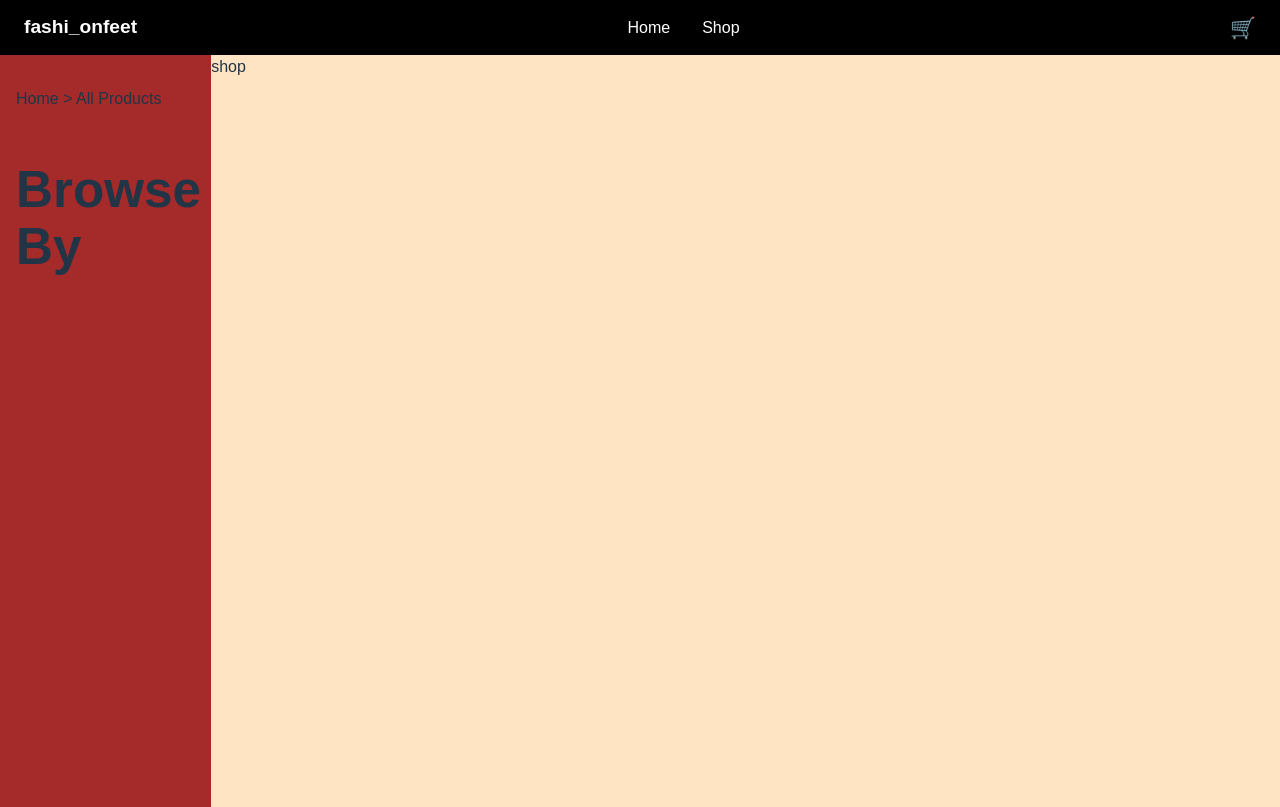
Repository: EphrahimLaanyu123/fashi_onfeet
Page: /shop
The author's editor kept a copy of each file at every save. The page is drawn from the files as they stood at one save, then again after a run of saves.
The browser window is 1280 px wide. The pictures show the whole page.
The project was rebuilt for these pictures with package versions that can differ from the ones it lists, and the page was loaded fresh each time. Also part of the build but not shown: vite.config.js, src/Home/Home.jsx, src/Home/components/Products.css, src/Home/components/Products.jsx, src/Shop/components/supabaseClient.js, src/Shop/components/AddForm.css, src/Shop/components/AddProductForm.jsx.

Above is the page before, as saved 2025-04-18 20:45:35.

### src/App.jsx
// src/App.js
import React from 'react';
import { BrowserRouter as Router, Routes, Route } from 'react-router-dom';
import './App.css';

import Home from './Home/Home';
import Products from './Home/components/Products';
import Shop from './Shop/Shop';
import AddForm from './Shop/components/AddProductForm';

function App() {
  return (
    <Router>
      <div className="App">
        <Routes>
          <Route path="/" element={<Home />} />
          <Route path="/shop" element={<Shop />} />
          <Route path="/add" element={<AddForm />} />
          {/* 404 fallback */}
        </Routes>
      </div>
    </Router>
  );
}

export default App;

### src/App.css
/* index.css or main.css */
body, html {
    margin: 0;
    padding: 0;
  }

### src/Shop/Shop.jsx
import React from 'react'
import "./Shop.css"
import Navbar from '../Navbar'

const Shop = () => {
  return (
    <div className='shop_page'>
      <Navbar></Navbar>
      <div className="shop-container">
        <aside className='sidebar'>
          <p>Home > All Products</p>
          <section className="Browse_by">
            <h1 className="Browse_by_h1">Browse By</h1>

          </section>
        </aside>
        <section className='products-page'>
          shop
        </section>
        </div>
    </div>
  )
}

export default Shop

### src/Home/Home.css

  body, html {
    font-family: sans-serif;
    overflow-x: hidden;
    margin: 0;
    padding: 0;
  }
.main {
    background-color: black;
    width: 100vw;
    display: flex;
    flex-direction: column;
    padding: 6rem;
    justify-content: center;
    overflow-x: hidden;
  }

  .parallax-container {
    display: flex;
    height: 100vh;
    position: relative;
  }

  .parallax-half {
    flex: 1;
    overflow: hidden;
    position: relative;
  }

  /* Left side zoom image container */
  .zoom-wrapper {
    height: 100%;
    width: 100%;
    background-image: url('https://static.wixstatic.com/media/bc439c_81f0e108fef742289cca2a608af8d3c1~mv2.jpg');
    background-attachment: fixed;
    background-position: center;
    background-repeat: no-repeat;
    background-size: cover;
    transform: scale(1.2);
    transition: transform 0.3s ease-out;
    will-change: transform;
  }

  /* Right side static image, shows full image */
  .parallax2 {
    background-image: url('https://static.wixstatic.com/media/bc439c_01f9dcb9288c449084b2625be71b7a54~mv2.jpg');
    background-attachment: fixed;
    background-position: center;
    background-repeat: no-repeat;
    background-size: contain;
    background-color: black;
  }

  .content {
    height: 100vh;
    background-color: #f0f0f0;
    display: flex;
    align-items: center;
    justify-content: center;
    font-size: 2rem;
  }

### src/Shop/Shop.css
/* index.css or main.css */
body, html {
    margin: 0;
    padding: 0;
  }

.shop_page {
    width: 100vw;
}

.shop-container {
    display: flex;

}

.sidebar {
    width: 14%;
    min-height: 100vh;
    background-color: brown;
    padding: 1rem;
}

.products-page {
    width: 86%;
    background-color: bisque;
}

.Browse_by

### src/Navbar.jsx
import React from 'react'
import './Navbar.css'

const Navbar = () => {
  return (
    <nav className="navbar">
      <div className="navbar-left">fashi_<span>onfeet</span></div>

      <div className="navbar-center">
        <a href="/" className="nav-link">Home</a>
        <a href="/shop" className="nav-link">Shop</a>
      </div>

      <div className="navbar-right">
        <a href="/cart" className="cart-icon">🛒</a>
      </div>
    </nav>
  )
}

export default Navbar

### src/Navbar.css
.navbar {
    display: flex;
    justify-content: space-between;
    align-items: center;
    background-color: #000;
    color: white;
    padding: 0.75rem 1.5rem;
    font-family: sans-serif;
  }

  .navbar-left {
    font-weight: bold;
    font-size: 1.2rem;
  }

  .navbar-left span {
    color: #fff;
  }

  .navbar-center {
    display: flex;
    gap: 2rem;
  }

  .nav-link {
    color: white;
    text-decoration: none;
    font-size: 1rem;
  }

  .nav-link:hover {
    text-decoration: underline;
  }

  .navbar-right .cart-icon {
    font-size: 1.3rem;
    text-decoration: none;
    color: white;
  }

  .cart-icon:hover {
    opacity: 0.8;
  }

Loaded but not shown: index.html (common file); src/main.jsx (common file); src/index.css (common file)

After the next 2 saves:
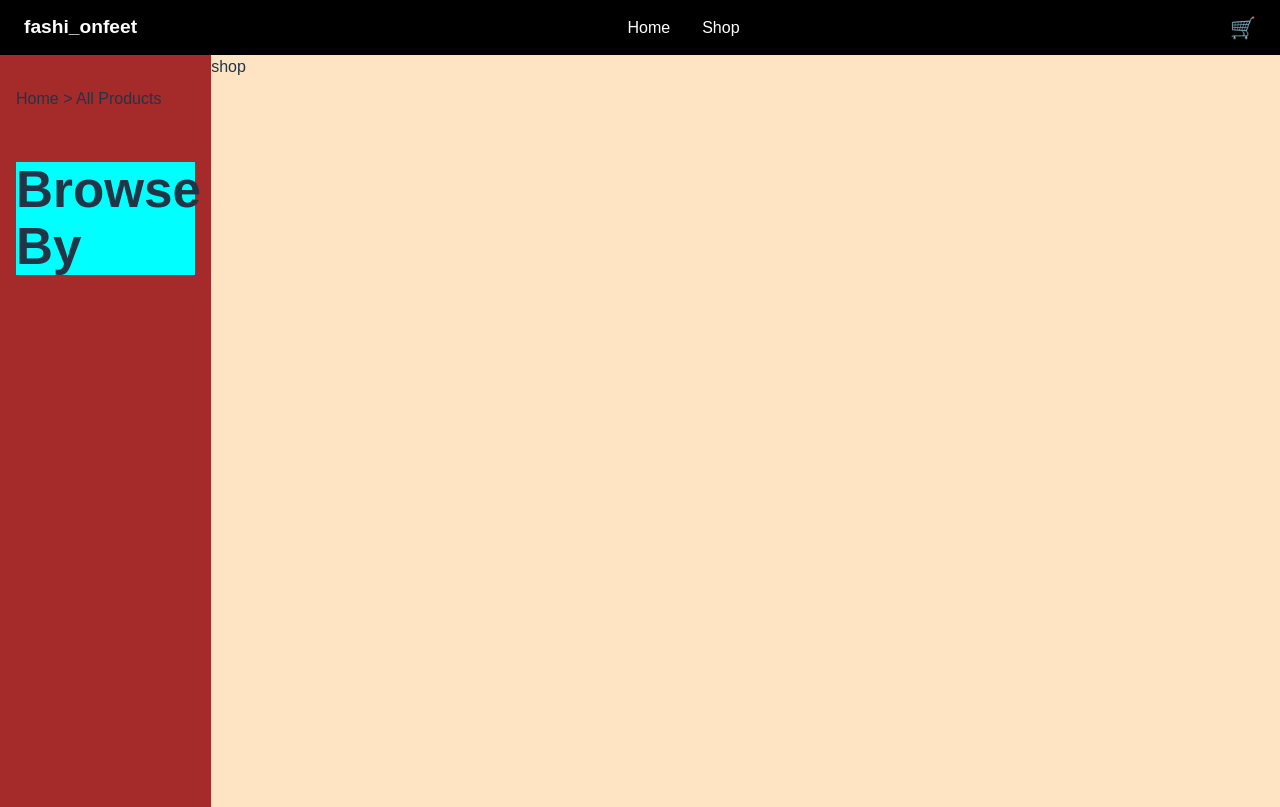
The 2 saves are shown as one change because they came seconds apart.
The last was saved 6 s later.
--- a/src/Shop/Shop.css
+++ b/src/Shop/Shop.css
@@ -25,4 +25,6 @@ body, html {
     background-color: bisque;
 }
 
-.Browse_by
+.Browse_by {
+    background-color: aqua;
+}
